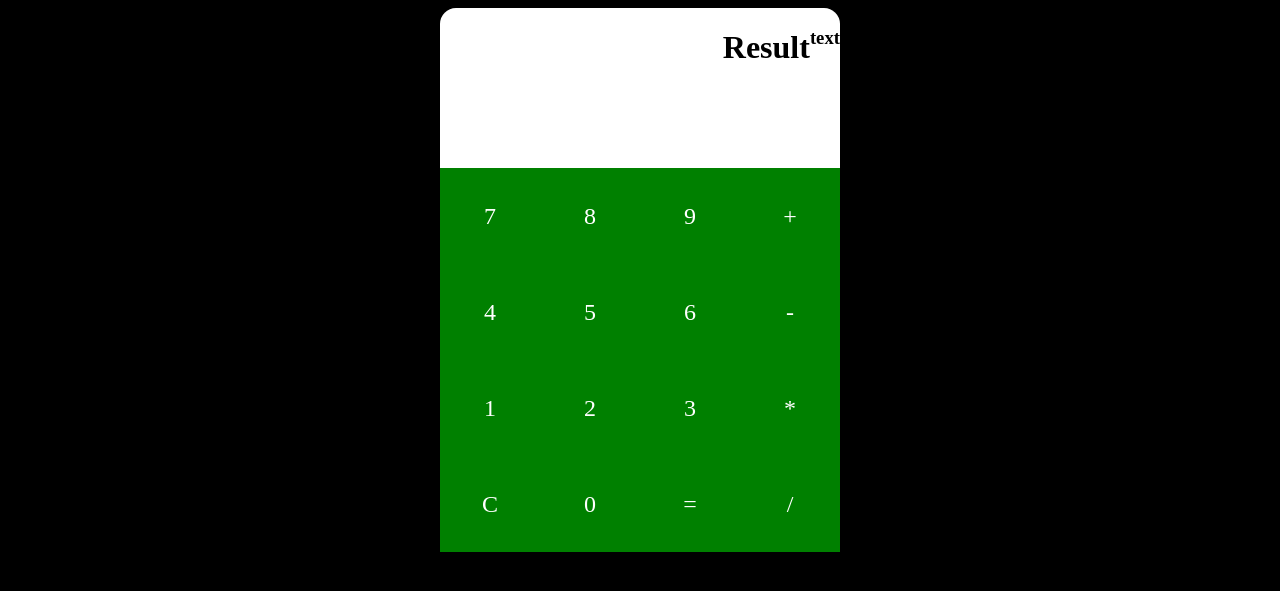
Repository: rajratangm/xcalculator
Page: /
These files come from the project's save history. The page is drawn as it stood at one moment and after a run of saves; the edit follows.
The browser window is 1280 px wide. The pictures show the whole page.
The project was rebuilt for these pictures with package versions that can differ from the ones it lists, and the page was loaded fresh each time. Also part of the build but not shown: vite.config.js.

Above is the page before, as saved 2024-04-02 19:10:22.

After the next 2 saves:
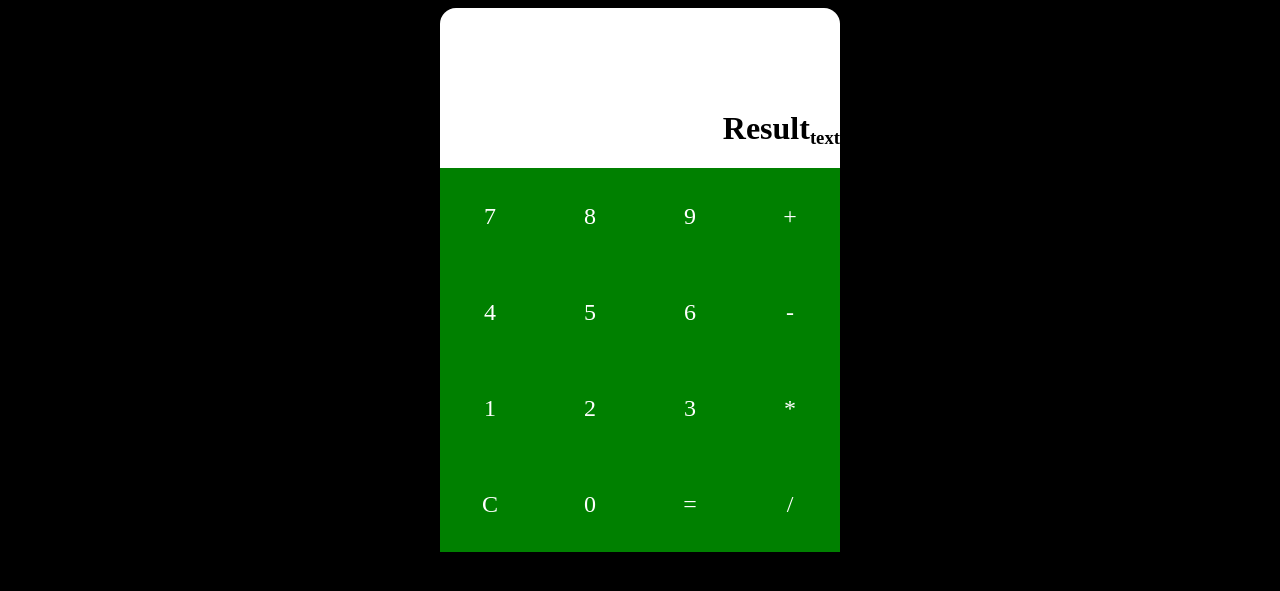
The 2 saves are shown as one change because they came seconds apart.
The last was saved 6 s later.
--- a/src/Component/Input/Input.css
+++ b/src/Component/Input/Input.css
@@ -2,5 +2,6 @@
     height: 10em;
     display: flex;
     justify-content: flex-end;
-    align-items
+    align-items: flex-end;
+    flex
 }
